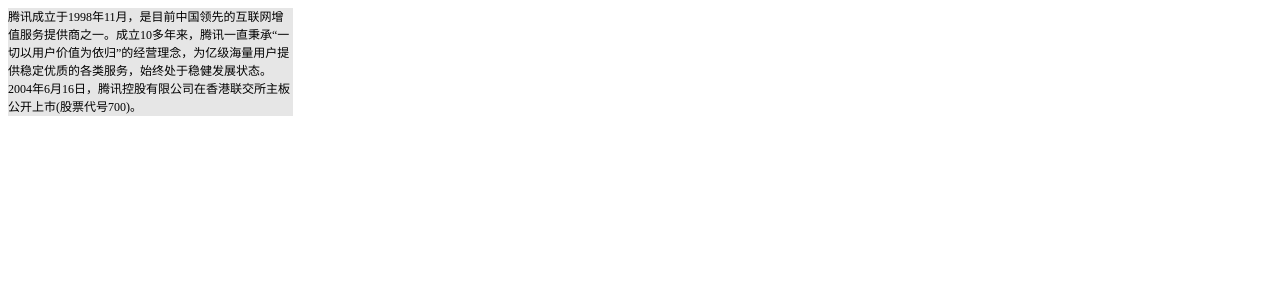
Repository: WAY-C/JSCodes
Page: 笔面试题/编程题/实现超出两行的文本省略并统计顿号分隔开人名个数/index.html
These files come from the project's save history. The page is drawn as it stood at one moment and after the next save; the edit follows.
The browser window is 1280 px wide. The pictures show the whole page.

Above is the page before, as saved 2021-09-12 12:34:00.

After the next save:
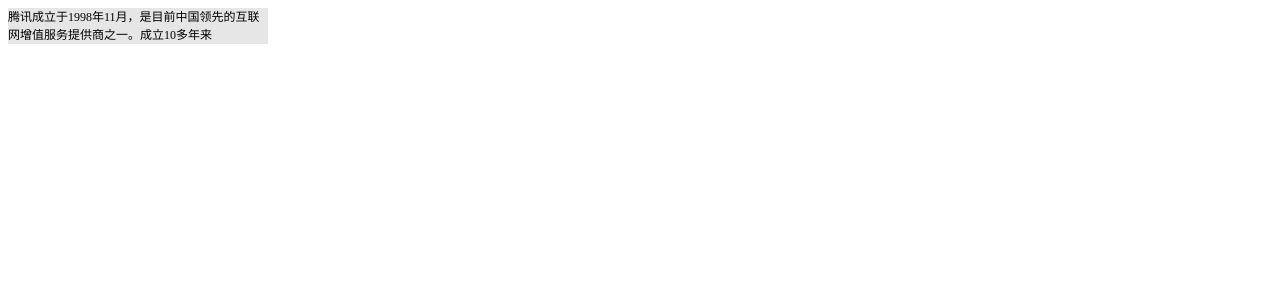
Saved 5 min 2 s later.
--- a/笔面试题/编程题/实现超出两行的文本省略并统计顿号分隔开人名个数/index.html
+++ b/笔面试题/编程题/实现超出两行的文本省略并统计顿号分隔开人名个数/index.html
@@ -10,7 +10,7 @@
      * 字号 f
      */
 
-        @-webkit-keyframes width-change {
+        /* @-webkit-keyframes width-change {
 
             0%,
             100% {
@@ -20,25 +20,25 @@
             50% {
                 width: 260px
             }
-        }
+        } */
 
         .ellipsis {
             position: relative;
             background: rgb(230, 230, 230);
             width: 260px;
-            max-height: 108px;
+            max-height: 36px;
             /* h*n */
             line-height: 18px;
             /* h */
             overflow: hidden;
-            -webkit-animation: width-change 8s ease infinite;
+            /* -webkit-animation: width-change 8s ease infinite; */
         }
 
         .ellipsis-container {
             position: relative;
             display: -webkit-box;
             -webkit-box-orient: vertical;
-            -webkit-line-clamp: 6;
+            -webkit-line-clamp: 2;
             /* n */
             font-size: 50px;
             /* w */
@@ -76,7 +76,7 @@
             display: block;
             float: right;
             width: 50%;
-            height: 108px;
+            height: 36px;
             /* h*n */
         }
 
